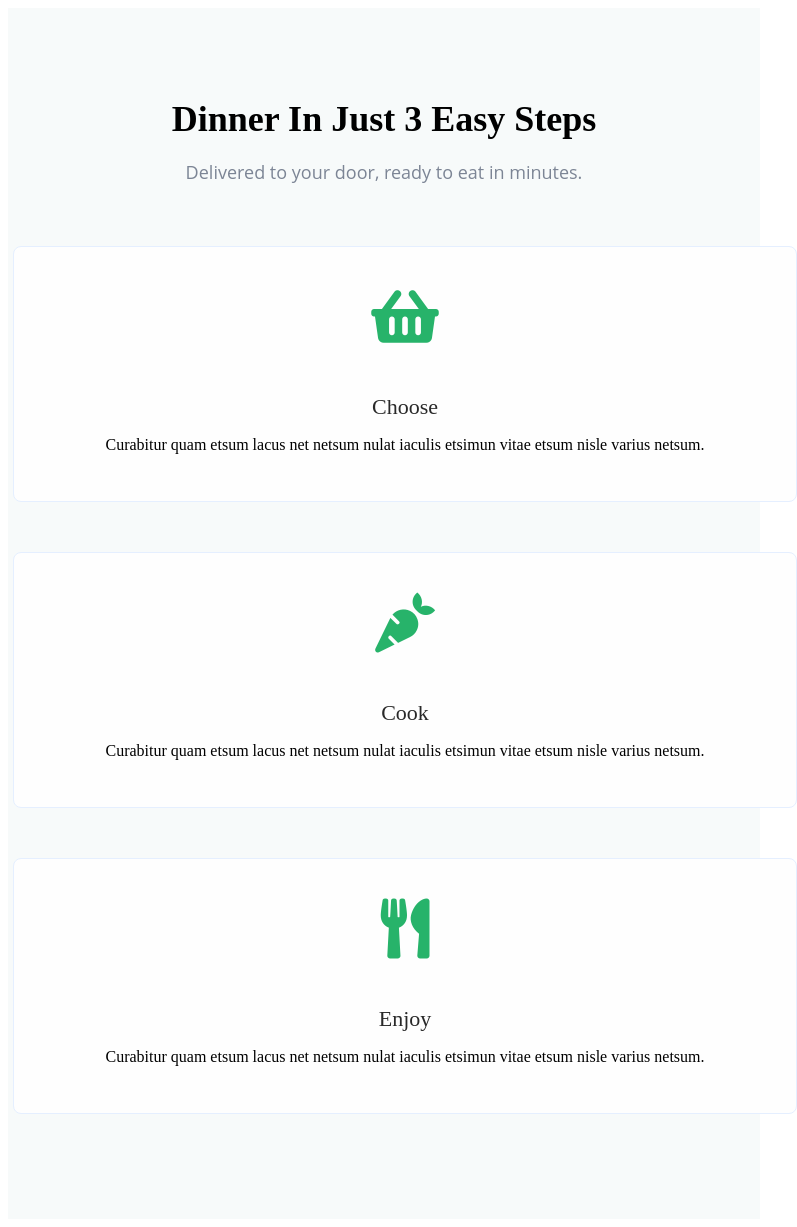
Repository: ST-United-Internship/leadpage
Page: card-UI.html
These files come from the project's save history. The page is drawn as it stood at one moment and after a run of saves; the edit follows.
The browser window is 768 px wide. The page is 797 px wide, then 768 px, then 797 px, so the pictures cover 797 px, including what lies to the right of the window. The pictures show the whole page.

Above is the page before, as saved 2023-03-15 15:40:41.

### card-UI.html
<!DOCTYPE html>
<html lang="en">
<head>
    <meta charset="UTF-8">
    <meta http-equiv="X-UA-Compatible" content="IE=edge">
    <meta name="viewport" content="width=device-width, initial-scale=1.0">
    <title>Document</title>
    <link rel="stylesheet" href="css/card-UI.css">
    <link rel="stylesheet" href="css/common.css">
    <link rel="stylesheet" href="https://use.fontawesome.com/releases/v5.15.4/css/all.css" integrity="sha384-DyZ88mC6Up2uqS4h/KRgHuoeGwBcD4Ng9SiP4dIRy0EXTlnuz47vAwmeGwVChigm" crossorigin="anonymous"/>
</head>
<body>
        <section>
            <!--begin title-->
            <div class="about">
                <div class="row-title">
                    <div class="title-text">
                        <h2>Dinner In Just 3 Easy Steps</h2>
                        <p>Delivered to your door, ready to eat in minutes.</p>
                    </div>
                </div>
            </div>
            <!--begin card-->
            <div class="card-UI">
                <div class="about">
                    <div class="columm">
                        <div class="title-card">
                            <i class="fas fa-shopping-basket"></i>
                            <h3>Choose</h3>
                            <p>Curabitur quam etsum lacus net netsum nulat iaculis etsimun vitae etsum nisle varius netsum.</p>
                        </div>
                        <div class="title-card">
                            <i class="fas fa-carrot"></i>
                            <h3>Cook</h3>
                            <p>Curabitur quam etsum lacus net netsum nulat iaculis etsimun vitae etsum nisle varius netsum.</p>
                        </div>
                        <div class="title-card">
                            <i class="fas fa-utensils"></i>
                            <h3>Enjoy</h3>
                            <p>Curabitur quam etsum lacus net netsum nulat iaculis etsimun vitae etsum nisle varius netsum.</p>
                        </div>
                    </div>
                </div>
            </div>
        </section>
</body>
</html>

### css/card-UI.css
section{
    background: #f7fafa;
    padding: 90px 0 100px 0;
}

.about{
    background-color: #f7fafa;
}

.row-title{
    /* text-align: center; */
}
 .title-text{
    text-align: center;
    /* margin-right: -15px;
    margin-left: -15px; */
}

.about .row-title .title-text h2{
    font-size: 36px;
    margin-bottom: 10px;
    margin-top: 0px;
}

.about .row-title .title-text p{
    font-size: 18px;
    line-height: 28px;
    font-weight: 400;
    color: #7c8595;
    margin-bottom: 15px;
    font-family: 'Open Sans', sans-serif;
}

.card-UI{
    position: relative;
}

.card-UI .about .columm{
    display: flex;
    justify-content: center;
}

.title-card{
    position: relative;
    margin: 45px 25px 5px 5px;
    padding: 40px 15px 32px 15px;
    overflow: hidden;
    text-align: center;
    border: 1px solid #e5efff;
    background-color: #fefefe;
    border-radius: 8px 8px;
    transition: all 1s;
    width: 20%;
    height: 50%;

}

.title-card:hover{
    border: 1px solid #27b36a;
    transform: scale(1.05, 1.05);
}

.columm::after, ::before{
    box-sizing: border-box;
}

.card-UI .about .columm .title-card i{
    margin-bottom: 25px;
    font-size: 60px;
    color: #27b36a;
}

.card-UI .about .columm .title-card h3{
    font-size: 22px;
    font-weight: 500;
    color: #292929;
    margin-bottom: 15px;
}

.card-UI .about .columm .title-card p{
    padding: 0 10px;
    margin-bottom: 15px
}


@media only screen and (max-width:1000px) {
    .columm{
        flex-direction: column;
    }
    .title-card{
        width: 100%;
        height: 100%;
    }
}

### css/common.css
.container {
  max-width: 80%;
  margin: auto;
  border: 1px solid blue;
}
.card {
  width: 400px;
}
.space-vertical {
  padding: 20px 0;
}

.space-horizontal {
  padding: 0 20px;
}

*,
**,
*::before,
*::after {
  box-sizing: border-box;
}

After the next 2 saves:
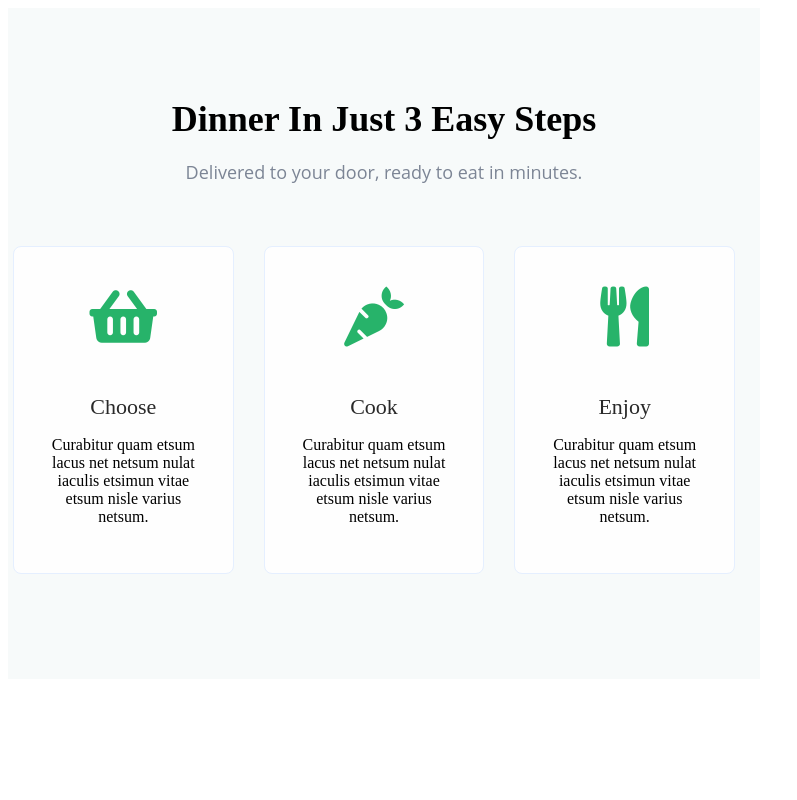
The 2 saves are shown as one change because they came seconds apart.
The last was saved 2 min 30 s later.
--- a/css/card-UI.css
+++ b/css/card-UI.css
@@ -84,6 +84,8 @@
 
 
 @media only screen and (max-width:1000px) {
+
+    sec
     .columm{
         flex-direction: column;
     }

After the save that followed:
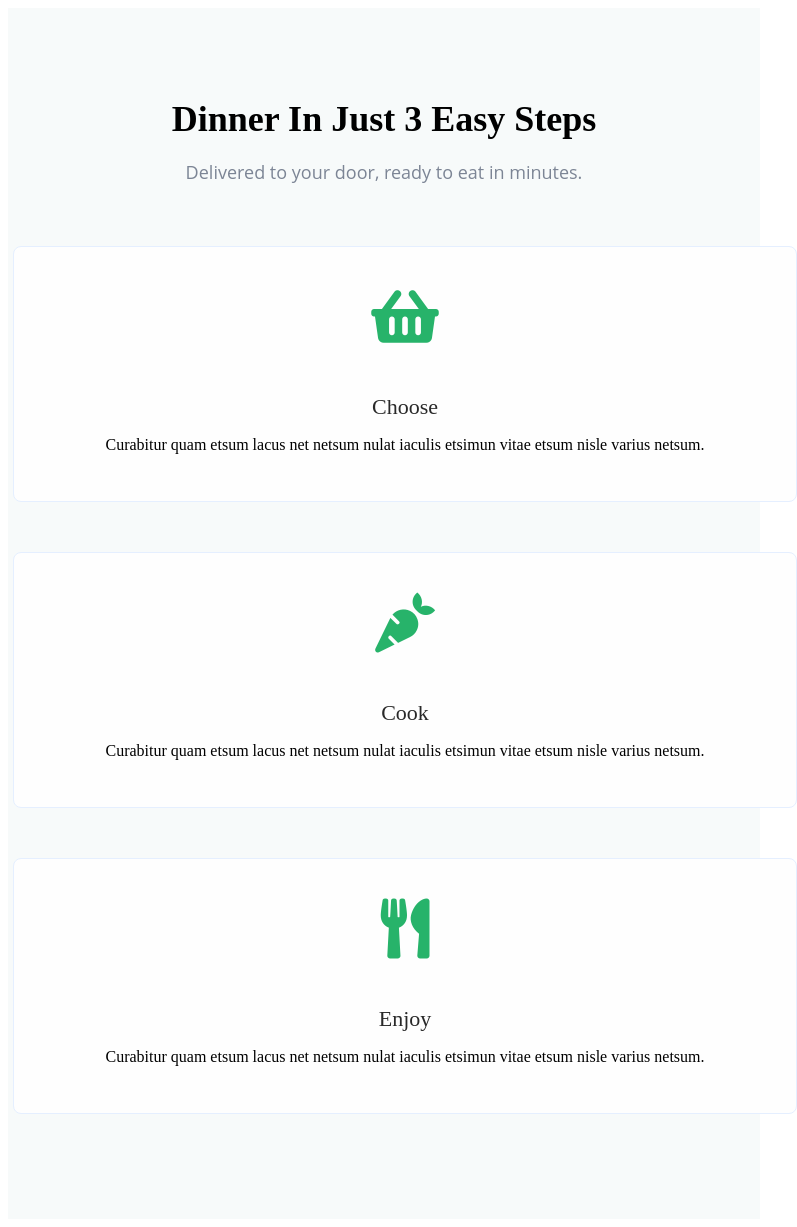
Saved 4 s later.
--- a/css/card-UI.css
+++ b/css/card-UI.css
@@ -85,7 +85,7 @@
 
 @media only screen and (max-width:1000px) {
 
-    sec
+
     .columm{
         flex-direction: column;
     }
